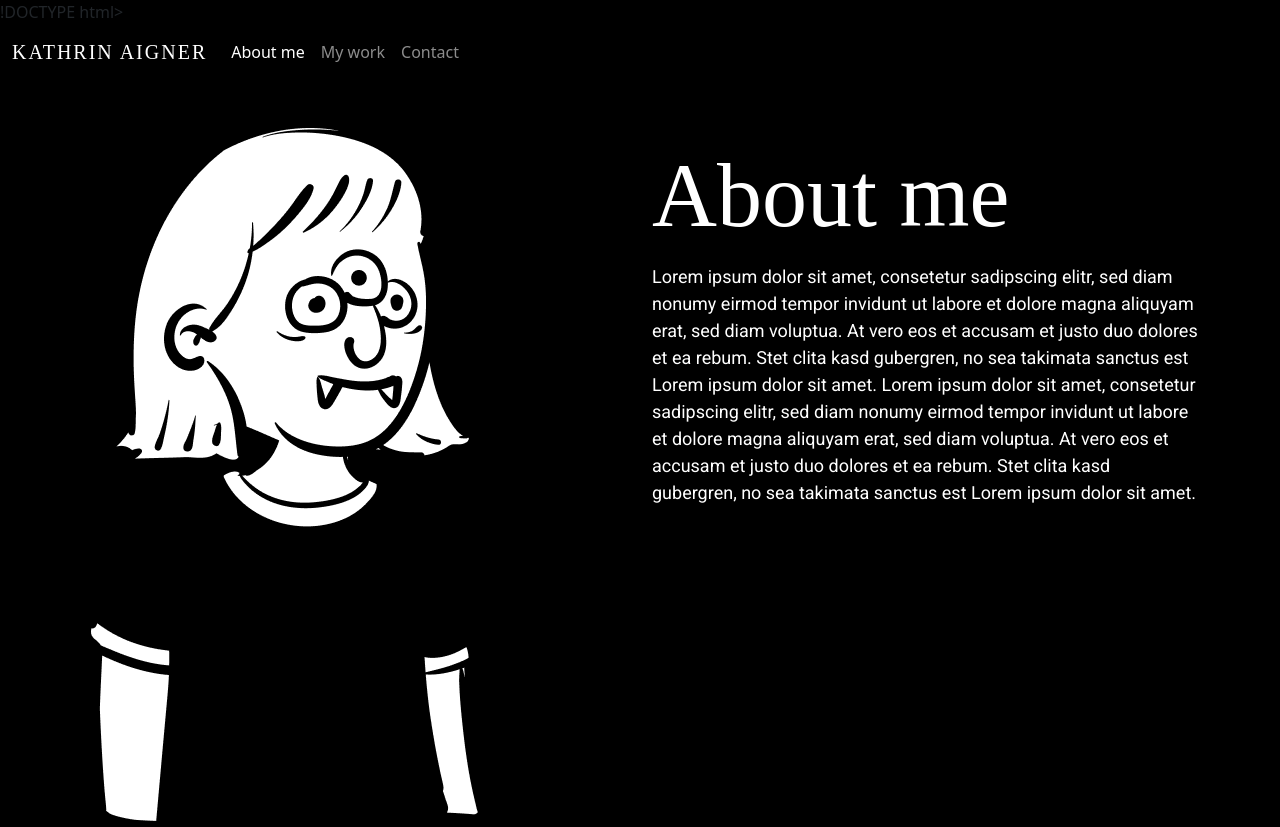
Repository: kathrin-aigner/Portfolio-2022
Page: about.html
An editor plug-in stored every save of this project. The page is shown before and after the next save, followed by the edit.
The browser window is 1280 px wide. The pictures show the whole page.
Some web fonts or font styles are not loaded; a fallback is used. Some web libraries are served in a nearby version.

Above is the page before, as saved 2022-03-28 11:18:15.

After the next save:
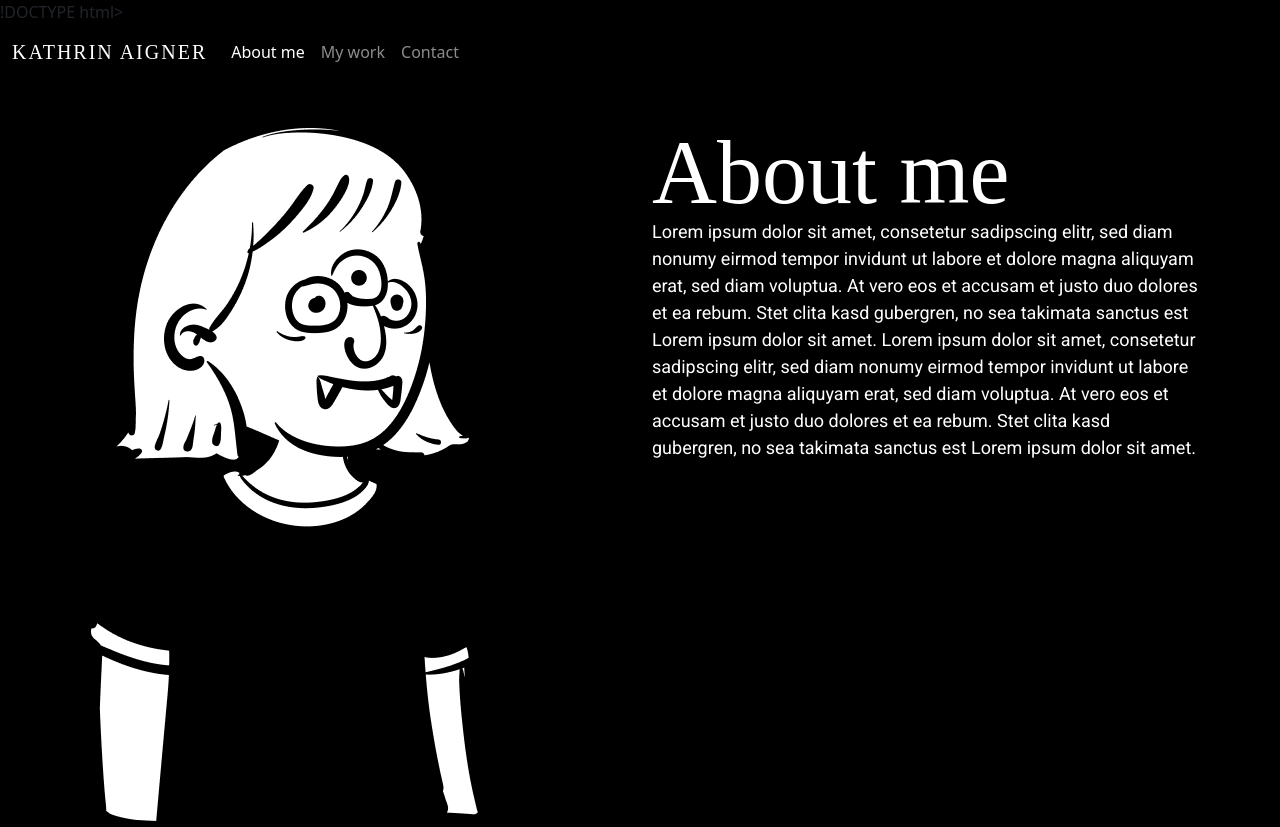
Saved 27 s later.
--- a/css/styles.css
+++ b/css/styles.css
@@ -25,6 +25,7 @@ body {
   font-family: var(--default-font-family);
 }
 .header-page {
+  line-height: 1em;
   font-size: 90px;
   color: var(--primary-color);
   font-family: var(--heading-font-family);
